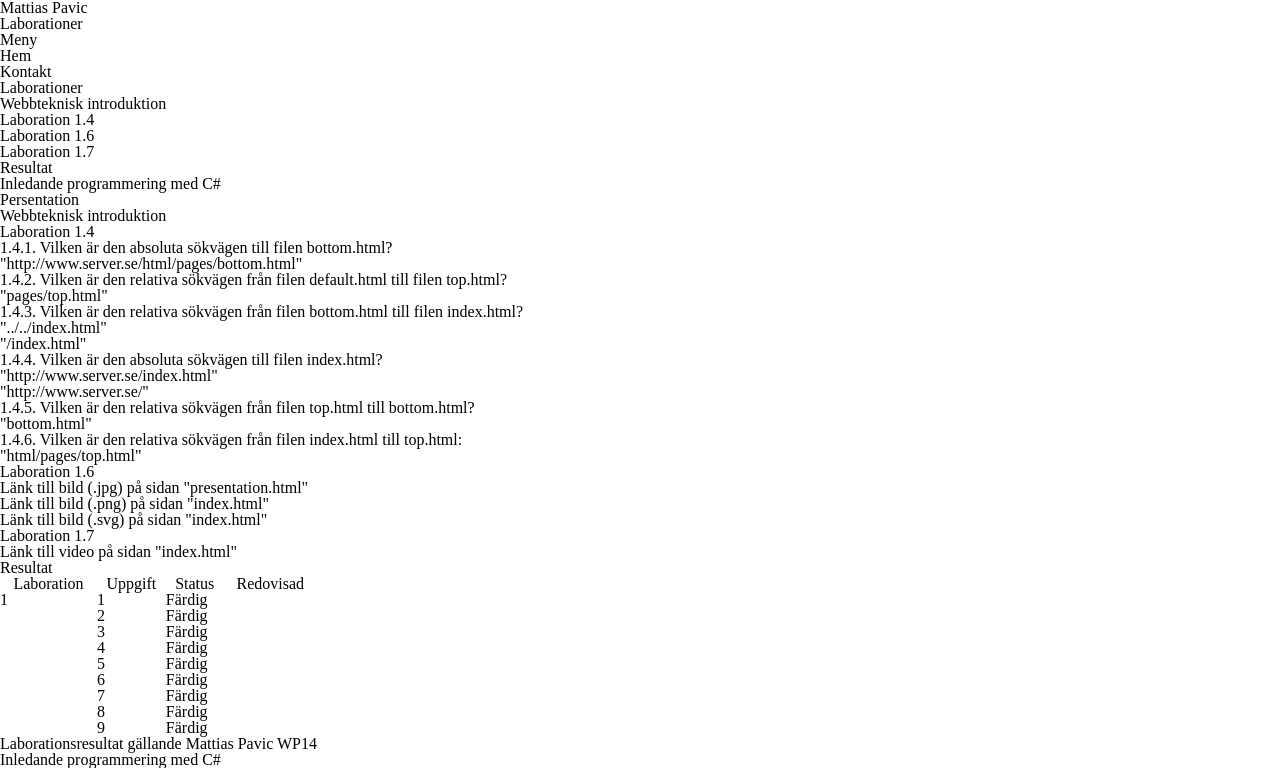
Repository: mp222sf/1ik415-laborationer
Page: pages/laborationer.html
The author's editor kept a record of every edit. The page is drawn from the files as they stood at one moment, then again after the next edit.
The browser window is 1280 px wide. The pictures show the whole page.

Above is the page before.

### pages/laborationer.html
<!doctype html>
<html lang="sv">
    <head>
        <meta charset="utf-8" />
        <title>Mattias Pavic</title>
        <link rel="stylesheet" href="../css/style.css" />
    </head>
    <body>

                <h1>Mattias Pavic</h1>
                <h3>Laborationer</h3>

                <h4>Meny</h4>
                <a href="../index.html">Hem</a><br>
                <a href="kontakt.html">Kontakt</a><br>
                <a href="laborationer.html">Laborationer</a><br>
                <ul>
                    <li><a href="#webbteknisk_introduktion">Webbteknisk introduktion</a></li>
                    <li><a href="#laboration_1.4">Laboration 1.4</a></li>
                    <li><a href="#laboration_1.6">Laboration 1.6</a></li>
                    <li><a href="#laboration_1.7">Laboration 1.7</a></li>
                    <li><a href="#resultat">Resultat</a></li>
                    <li><a href="#inledande_programmering_med_csharp">Inledande programmering med C#</a></li>
                </ul>
                <a href="presentation.html">Persentation</a><br>



                <!--Här skriver vi infomationen om mina intressen.-->
                <h3 id="webbteknisk_introduktion">Webbteknisk introduktion</h3>

                <h4 id="laboration_1.4">Laboration 1.4</h4>

                <dl>
                    <dt>1.4.1. Vilken är den absoluta sökvägen till filen bottom.html? </dt>
                        <dd>"http://www.server.se/html/pages/bottom.html"</dd>
                    <dt>1.4.2. Vilken är den relativa sökvägen från filen default.html till filen top.html? </dt>
                        <dd>"pages/top.html" </dd>
                    <dt>1.4.3. Vilken är den relativa sökvägen från filen bottom.html till filen index.html? </dt>
                        <dd>"../../index.html"</dd>
                        <dd>"/index.html"</dd>
                    <dt>1.4.4. Vilken är den absoluta sökvägen till filen index.html? </dt>
                        <dd>"http://www.server.se/index.html"</dd>
                        <dd>"http://www.server.se/"</dd>
                    <dt>1.4.5. Vilken är den relativa sökvägen från filen top.html till bottom.html?</dt>
                        <dd>"bottom.html"</dd>
                    <dt>1.4.6. Vilken är den relativa sökvägen från filen index.html till top.html:</dt>
                        <dd>"html/pages/top.html"</dd>
                </dl>

                <h4 id="laboration_1.6">Laboration 1.6</h4>

                <p><a href="presentation.html#jag_presentation">Länk till bild (.jpg) på sidan "presentation.html"</a></p>
                <p><a href="../index.html#jag_logotype">Länk till bild (.png) på sidan "index.html"</a></p>
                <p><a href="../index.html#jag_svg">Länk till bild (.svg) på sidan "index.html"</a></p>


                <h4 id="laboration_1.7">Laboration 1.7</h4>

                <p><a href="../index.html#big_buck_bunny">Länk till video på sidan "index.html"</a></p>

                <h4 id="resultat">Resultat</h4>

                <table border="1">
                <thead>
                    <tr>
                        <th>Laboration</th>
                        <th>Uppgift</th>
                        <th>Status</th>
                        <th>Redovisad</th>
                    </tr>
                </thead>
                <tfoot>
                    <tr>
                        <td colspan="4">Laborationsresultat gällande Mattias Pavic WP14</td>
                    </tr>
                </tfoot>
                <tbody>
                    <tr>
                        <td rowspan="9">1</td>
                        <td>1</td>
                        <td>Färdig</td>
                        <td></td>
                    </tr>
                    <tr>
                        <td>2</td>
                        <td>Färdig</td>
                        <td></td>
                    </tr>
                    <tr>
                        <td>3</td>
                        <td>Färdig</td>
                        <td></td>
                    </tr>
                    <tr>
                        <td>4</td>
                        <td>Färdig</td>
                        <td></td>
                    </tr>
                    <tr>
                        <td>5</td>
                        <td>Färdig</td>
                        <td></td>
                    </tr>
                    <tr>
                        <td>6</td>
                        <td>Färdig</td>
                        <td></td>
                    </tr>
                    <tr>
                        <td>7</td>
                        <td>Färdig</td>
                        <td></td>
                    </tr>
                    <tr>
                        <td>8</td>
                        <td>Färdig</td>
                        <td></td>
                    </tr>
                    <tr>
                        <td>9</td>
                        <td>Färdig</td>
                        <td></td>
                    </tr>
                </tbody>
                </table>

                <h3 id="inledande_programmering_med_csharp">Inledande programmering med C#</h3>


    </body>
</html>

### css/style.css
/* http://meyerweb.com/eric/tools/css/reset/
   v2.0 | 20110126
   License: none (public domain)
*/

html, body, div, span, applet, object, iframe,
h1, h2, h3, h4, h5, h6, p, blockquote, pre,
a, abbr, acronym, address, big, cite, code,
del, dfn, em, img, ins, kbd, q, s, samp,
small, strike, strong, sub, sup, tt, var,
b, u, i, center,
dl, dt, dd, ol, ul, li,
fieldset, form, label, legend,
table, caption, tbody, tfoot, thead, tr, th, td,
article, aside, canvas, details, embed,
figure, figcaption, footer, header, hgroup,
menu, nav, output, ruby, section, summary,
time, mark, audio, video {
	margin: 0;
	padding: 0;
	border: 0;
	font-size: 100%;
	font: inherit;
	vertical-align: baseline;
}
/* HTML5 display-role reset for older browsers */
article, aside, details, figcaption, figure,
footer, header, hgroup, menu, nav, section {
	display: block;
}
body {
	line-height: 1;
}
ol, ul {
	list-style: none;
}
blockquote, q {
	quotes: none;
}
blockquote:before, blockquote:after,
q:before, q:after {
	content: '';
	content: none;
}
table {
	border-collapse: collapse;
	border-spacing: 0;
}


a:link {
    color:black;
    text-decoration: none;
}
a:visited {
    color:black;
    text-decoration: none;

}

a:hover {
    color:black;
    text-decoration: underline;
}



#cointainer {
    background-color:black;
    color:black;
    width:1000px;
    margin: 0 auto;
    text-align:left;
}
#header {
    background-color:black;
    color:white;
    text-align:left;
    height:150px;
    padding:10px;
}
#header h1 {
   font-size:72px;
}
#header h3 {
   font-size:20px;
}

#navigation {
    line-height:30px;
    background-color:grey;
    width:230px;
    float:left;
    padding:10px;
}
#navigation h4 {
   font-size:32px;
}
#content {
    width:728px;
    background-color:white;
    float:left;
    padding:10px;
}
#content h3 {
   font-size:32px;
   margin-bottom:10px;
}
#content h4 {
   font-size:24px;
   margin-bottom:10px;
   margin-top:25px;
}
#big_buck_bunny {
    margin-bottom:10px;
    margin-top:10px;
}
#footer {
    background-color:black;
    color:white;
    clear:both;
    text-align:center;
    padding:10px;
}

After the next edit:
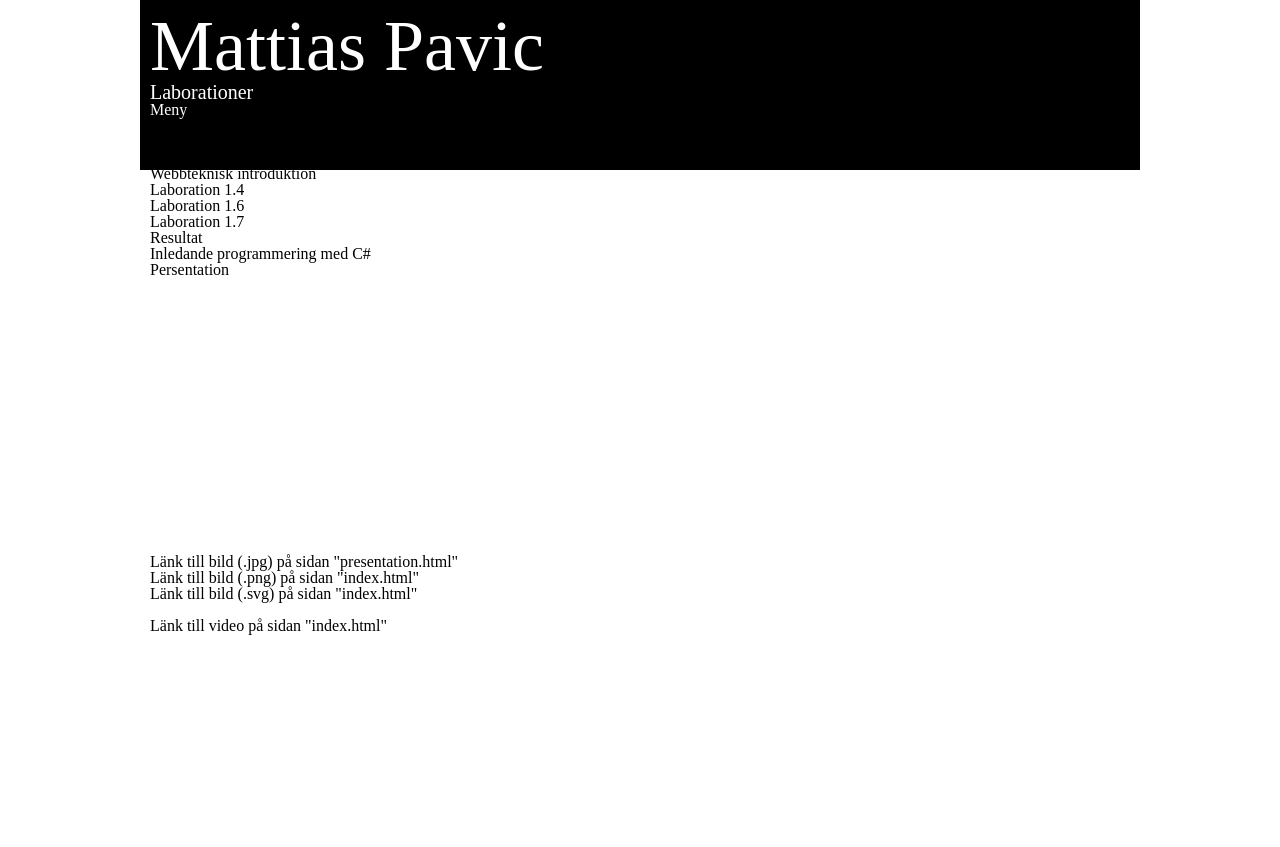
The edit:
--- a/pages/laborationer.html
+++ b/pages/laborationer.html
@@ -6,7 +6,8 @@
         <link rel="stylesheet" href="../css/style.css" />
     </head>
     <body>
-
+        <div id="cointainer">
+            <div id="header">
                 <h1>Mattias Pavic</h1>
                 <h3>Laborationer</h3>
 
